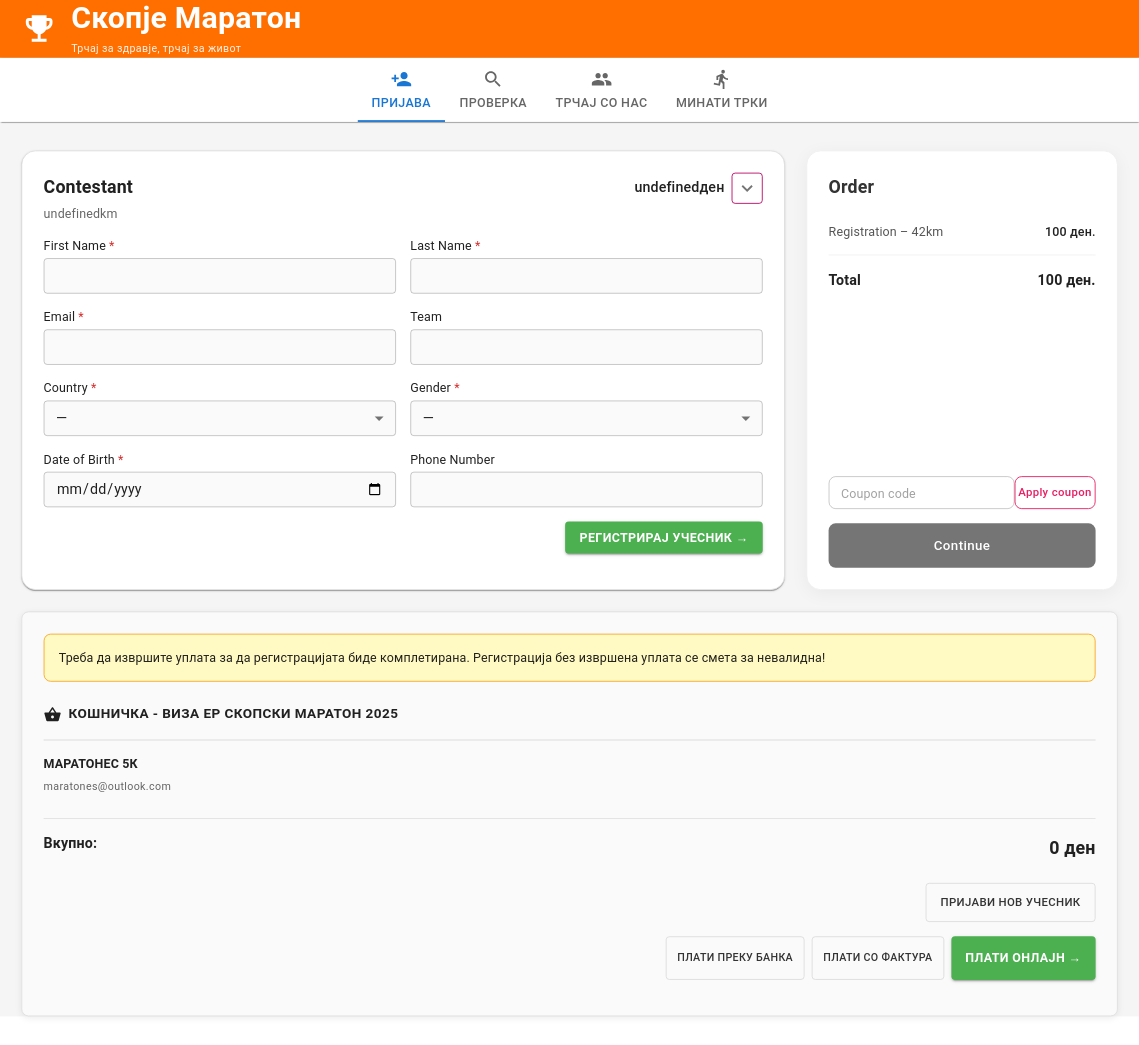
Repository: ilijana123/skopje_marathon_frontend
Page: /register
The author's editor kept a copy of each file at every save. The page is drawn from the files as they stood at one save, then again after the next save.
The browser window is 1280 px wide. The pictures show the whole page, at 89% of full size.
The page's requests for data from a server got no answer. The project was rebuilt for these pictures with package versions that can differ from the ones it lists, and the page was loaded fresh each time. No one was signed in, and anything a server would have sent is missing. Also part of the build but not shown: vite.config.ts, src/components/CheckStatusTab.tsx, src/components/ContestantTab.styles.ts, src/components/ContestantsTab.tsx, src/components/RacesTab.tsx, src/components/PaymentForm.styles.ts, src/components/PaymentForm.tsx.

Above is the page before, as saved 2026-01-16 02:54:58.

After the next save:
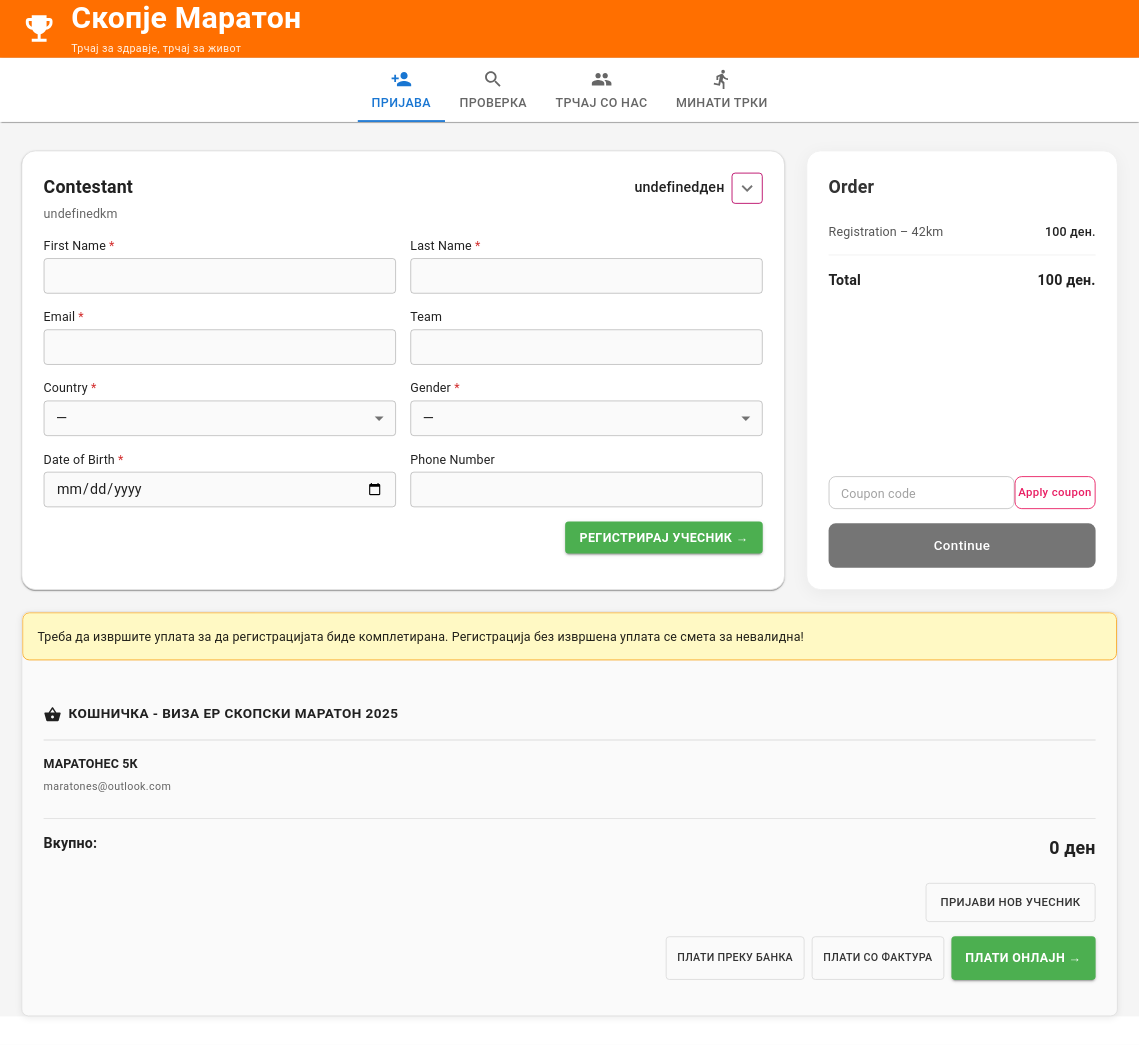
Saved 16 s later.
--- a/src/components/ShoppingCart.tsx
+++ b/src/components/ShoppingCart.tsx
@@ -66,12 +66,12 @@ export const ShoppingCart = ({
 
   return (
     <CartCard>
+    <PaymentWarningBox>
+      <Typography variant="body2">
+        Треба да извршите уплата за да регистрацијата биде комплетирана. Регистрација без извршена уплата се смета за невалидна!
+      </Typography>
+    </PaymentWarningBox>
       <CartCardContent>
-      <PaymentWarningBox>
-        <Typography variant="body2">
-          Треба да извршите уплата за да регистрацијата биде комплетирана. Регистрација без извршена уплата се смета за невалидна!
-        </Typography>
-      </PaymentWarningBox>
         <CartHeader>
           <CartTitleBox>
             <ShoppingBasket sx={{ fontSize: 20 }} />
